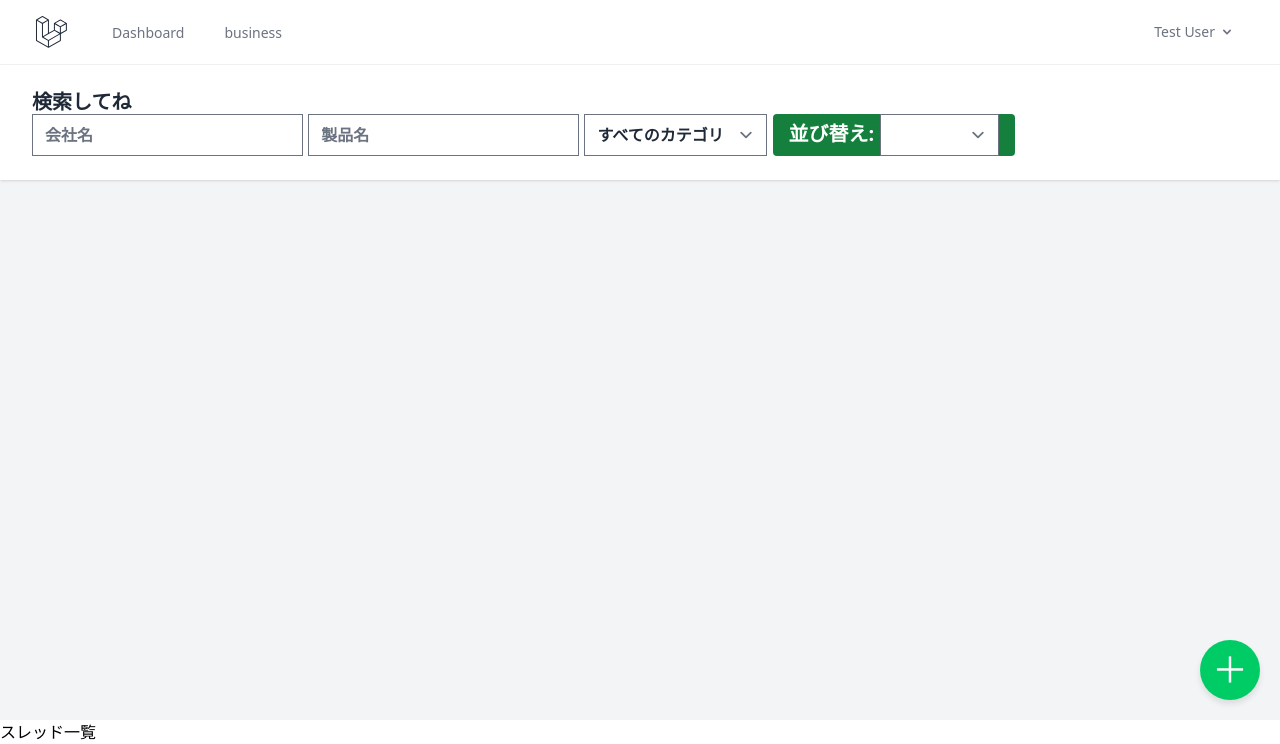
Repository: kyoko-shiraishi/Reproduce
Page: http://localhost/home
An editor plug-in stored every save of this project. The page is shown before and after the next save, followed by the edit.
The browser window is 1280 px wide. The pictures show the whole page.
Some web libraries are served in a nearby version. The page is served by the project's Laravel application, run on PHP 8.4 with Laravel 12. A made-up administrator, Test User (test@example.com), is signed in. Style sheets and scripts are compiled from the project's sources, by tool versions that may differ from the author's. Queries for data that is not in the repository find no rows.

Above is the page before, as saved 2024-10-21 12:19:24.

After the next save:
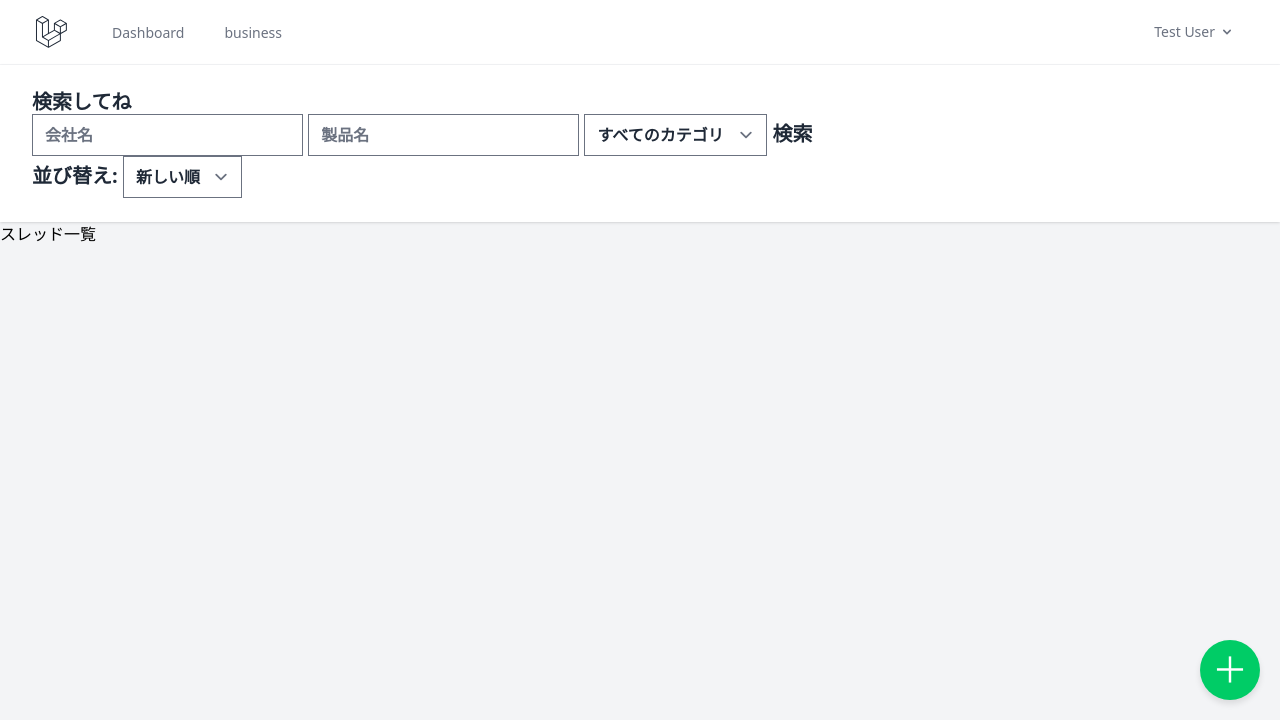
Saved 40 s later.
--- a/resources/views/please/home.blade.php
+++ b/resources/views/please/home.blade.php
@@ -15,7 +15,7 @@
                     @endforeach
                 </select>
 
-                <button type=”submit” class="bg-green-700 hover:bg-green-600 text-white rounded px-4 py-2>検索</button>
+                <button type=”submit”>検索</button>
 
                 <div class="sorting-dropdown">
                     <label for="sort">並び替え:</label>
